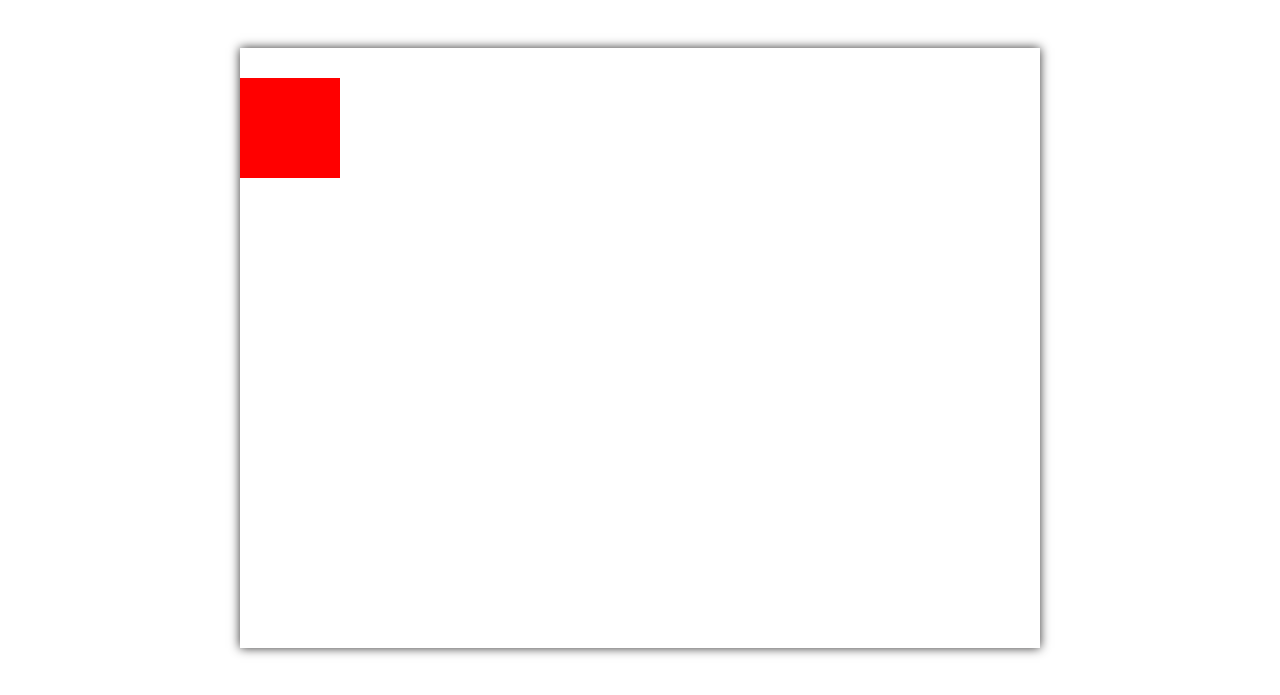
Repository: fangYiYuan/javascript-
Page: canvas/9.矩形碰撞.html
The author's editor kept a copy of each file at every save. The page is drawn from the files as they stood at one save, then again after the next save.
The browser window is 1280 px wide. The pictures show the whole page.

Above is the page before, as saved 2020-04-14 16:59:00.

After the next save:
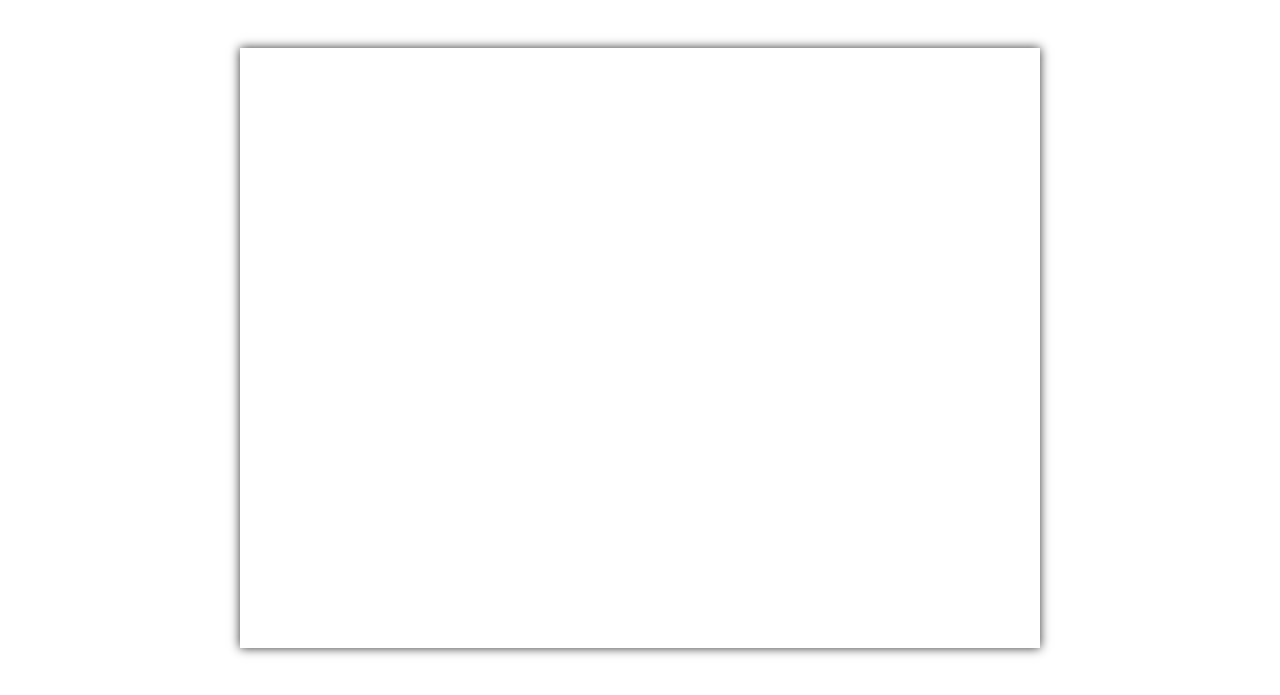
Saved 4 min 50 s later.
--- a/canvas/9.矩形碰撞.html
+++ b/canvas/9.矩形碰撞.html
@@ -35,8 +35,18 @@
     con.fillStyle = this.c
     con.fillRect(this.x, this.y, this.w, this.h)
   }
+  Rect.prototype.move = function () {
+    // con.clearRect(0, 0, draw.width, draw.height)
+    // rect1.draw()
+    // rect2.draw()
+    this.x += this.s
+    if (this.x > draw.width - this.w) {
+      this.s *= -1
+    } else if (this.x < 0) {
+      this.s *= -1
+    }
+  }
   let rect1 = new Rect(0, 30, 100, 100, 2, 'red')
   let rect2 = new Rect(700, 40, 100, 100, 2, 'blue')
-  rect1.draw()
 </script>
 </html>
